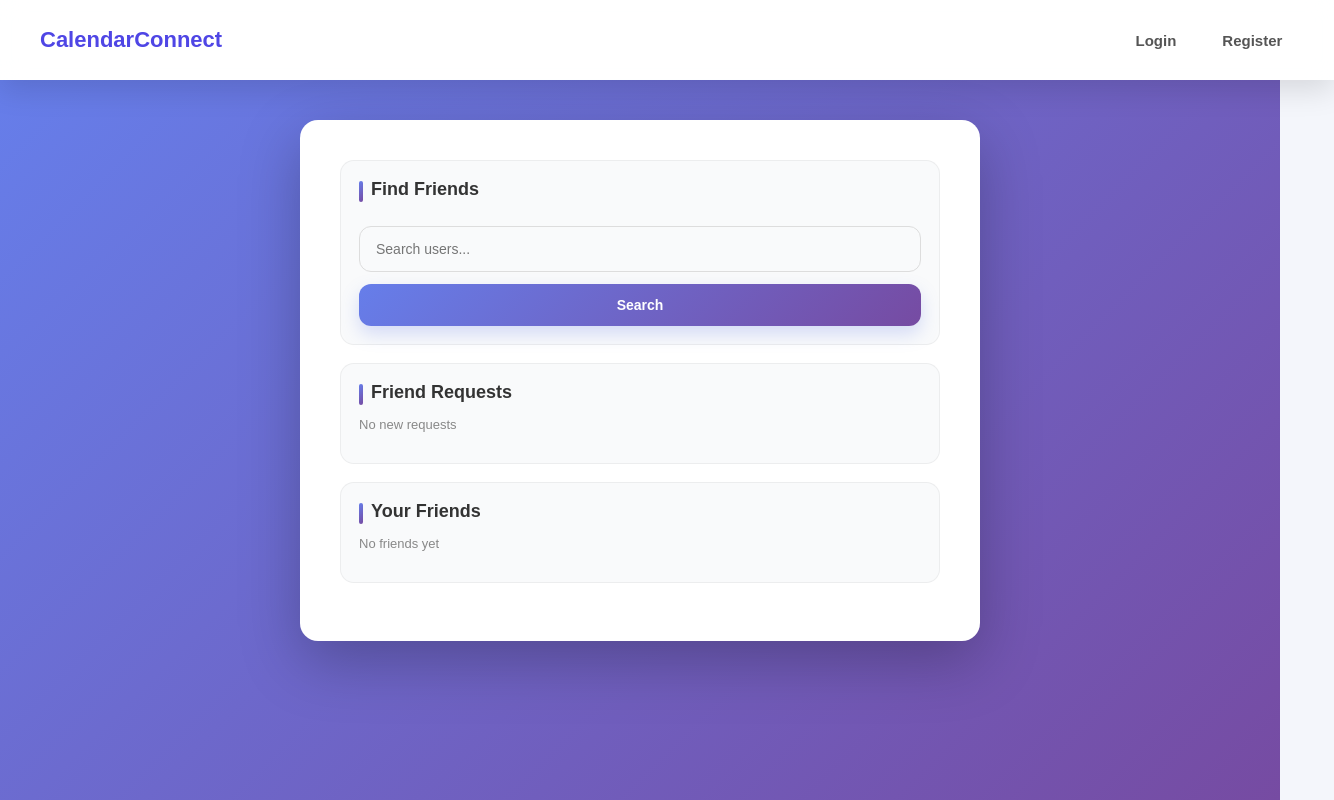
Repository: BMXracer44/CalendarConnect
Page: /friends (app in frontend/)
An editor plug-in stored every save of this project. The page is shown before and after the next save, followed by the edit.
The browser window is 1280 px wide. The page is 1334 px wide, so the pictures cover 1334 px, including what lies to the right of the window. The pictures show the whole page.
The project was rebuilt for these pictures with package versions that can differ from the ones it lists, and the page was loaded fresh each time. Also part of the build but not shown: frontend/src/pages/Login.jsx, frontend/src/pages/Register.jsx, frontend/src/pages/Profile.jsx, frontend/src/pages/Calendar.jsx.

Above is the page before, as saved 2026-05-03 10:53:44.

After the next save:
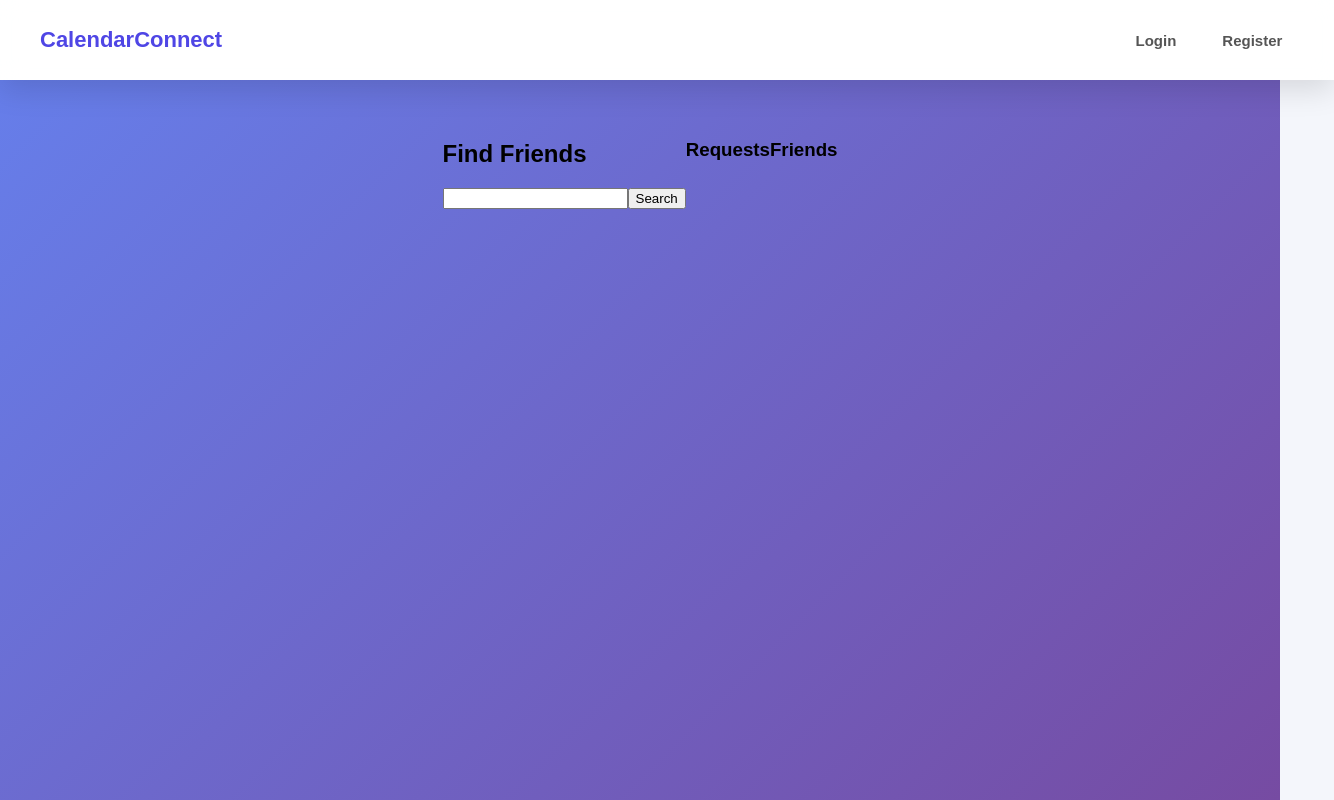
Saved 4 min 50 s later.
--- a/frontend/src/pages/Friends.jsx
+++ b/frontend/src/pages/Friends.jsx
@@ -6,7 +6,6 @@ const Friends = () => {
 
   const [search, setSearch] = useState("");
   const [results, setResults] = useState([]);
-
   const [friends, setFriends] = useState([]);
   const [requests, setRequests] = useState([]);
 
@@ -14,16 +13,14 @@ const Friends = () => {
   const loadFriends = () => {
     fetch(`http://localhost:8080/api/friends/${user.id}`)
       .then((res) => res.json())
-      .then((data) => setFriends(data))
-      .catch(() => console.log("Failed to load friends"));
+      .then(setFriends);
   };
 
   // ================= LOAD REQUESTS =================
   const loadRequests = () => {
     fetch(`http://localhost:8080/api/friends/requests/${user.id}`)
       .then((res) => res.json())
-      .then((data) => setRequests(data))
-      .catch(() => console.log("Failed to load requests"));
+      .then(setRequests);
   };
 
   useEffect(() => {
@@ -39,31 +36,17 @@ const Friends = () => {
       `http://localhost:8080/api/user/search?query=${search}&currentUserId=${user.id}`
     )
       .then((res) => res.json())
-      .then((data) => setResults(data))
-      .catch(() => console.log("Search failed"));
+      .then(setResults);
   };
 
   // ================= ADD FRIEND =================
   const addFriend = (toId) => {
+    if (!toId) return;
+
     fetch(
       `http://localhost:8080/api/friends/add?from=${user.id}&to=${toId}`,
       { method: "POST" }
-    )
-      .then(() => loadRequests())
-      .catch(() => console.log("Add friend error"));
-  };
-
-  // ================= ACCEPT FRIEND =================
-  const acceptFriend = (fromId) => {
-    fetch(
-      `http://localhost:8080/api/friends/accept?from=${fromId}&to=${user.id}`,
-      { method: "POST" }
-    )
-      .then(() => {
-        loadFriends();
-        loadRequests();
-      })
-      .catch(() => console.log("Accept failed"));
+    ).then(loadFriends);
   };
 
   // ================= REMOVE FRIEND =================
@@ -71,89 +54,71 @@ const Friends = () => {
     fetch(
       `http://localhost:8080/api/friends/remove?userId=${user.id}&friendId=${friendId}`,
       { method: "DELETE" }
-    )
-      .then(() => loadFriends())
-      .catch(() => console.log("Remove failed"));
+    ).then(loadFriends);
   };
 
-  // ================= CHECK STATUS =================
-  const isFriend = (id) => {
-    return friends.some((f) => f.requesterId === id);
-  };
-
-  const isRequested = (id) => {
-    return requests.some((r) => r.requesterId === id);
+  // ================= ACCEPT REQUEST =================
+  const acceptFriend = (fromId) => {
+    fetch(
+      `http://localhost:8080/api/friends/accept?from=${fromId}&to=${user.id}`,
+      { method: "POST" }
+    ).then(() => {
+      loadFriends();
+      loadRequests();
+    });
   };
 
   return (
     <div className="friends-container">
-      <div className="friends-card">
 
-        {/* ================= SEARCH ================= */}
-        <div className="search-dropdown">
-          <h2>Find Friends</h2>
+      {/* SEARCH */}
+      <div>
+        <h2>Find Friends</h2>
 
-          <input
-            type="text"
-            placeholder="Search users..."
-            value={search}
-            onChange={(e) => setSearch(e.target.value)}
-          />
+        <input
+          value={search}
+          onChange={(e) => setSearch(e.target.value)}
+        />
 
-          <button onClick={searchUsers}>Search</button>
+        <button onClick={searchUsers}>Search</button>
 
-          {results.map((u) => (
-            <div className="friend-item" key={u.id}>
-              <span>{u.username}</span>
+        {results.map((u) => (
+          <div key={u.id}>
+            <span>{u.username}</span>
+            <button onClick={() => addFriend(u.id)}>Add</button>
+          </div>
+        ))}
+      </div>
 
-              {isFriend(u.id) ? (
-                <button disabled>Friends</button>
-              ) : isRequested(u.id) ? (
-                <button disabled>Requested</button>
-              ) : (
-                <button onClick={() => addFriend(u.id)}>Add</button>
-              )}
-            </div>
-          ))}
-        </div>
+      {/* REQUESTS */}
+      <div>
+        <h3>Requests</h3>
 
-        {/* ================= REQUESTS ================= */}
-        <div className="friends-requests">
-          <h3>Friend Requests</h3>
+        {requests.map((r) => (
+          <div key={r.id}>
+            <span>{r.username}</span>
+            <button onClick={() => acceptFriend(r.friendId)}>
+              Accept
+            </button>
+          </div>
+        ))}
+      </div>
 
-          {requests.length === 0 && <p>No new requests</p>}
+      {/* FRIENDS */}
+      <div>
+        <h3>Friends</h3>
 
-          {requests.map((r) => (
-            <div className="friend-item" key={r.id}>
-              <span>{r.username}</span>
+        {friends.map((f) => (
+          <div key={f.id}>
+            <span>{f.username}</span>
 
-              {/* requesterId = friend user id */}
-              <button onClick={() => acceptFriend(r.requesterId)}>
-                Accept
-              </button>
-            </div>
-          ))}
-        </div>
+            <button onClick={() => removeFriend(f.friendId)}>
+              Remove
+            </button>
+          </div>
+        ))}
+      </div>
 
-        {/* ================= FRIENDS ================= */}
-        <div className="friends-list">
-          <h3>Your Friends</h3>
-
-          {friends.length === 0 && <p>No friends yet</p>}
-
-          {friends.map((f) => (
-            <div className="friend-item" key={f.id}>
-              <span>{f.username}</span>
-
-              {/* requesterId = friendId in accepted list */}
-              <button onClick={() => removeFriend(f.requesterId)}>
-                Remove
-              </button>
-            </div>
-          ))}
-        </div>
-
-      </div>
     </div>
   );
 };
